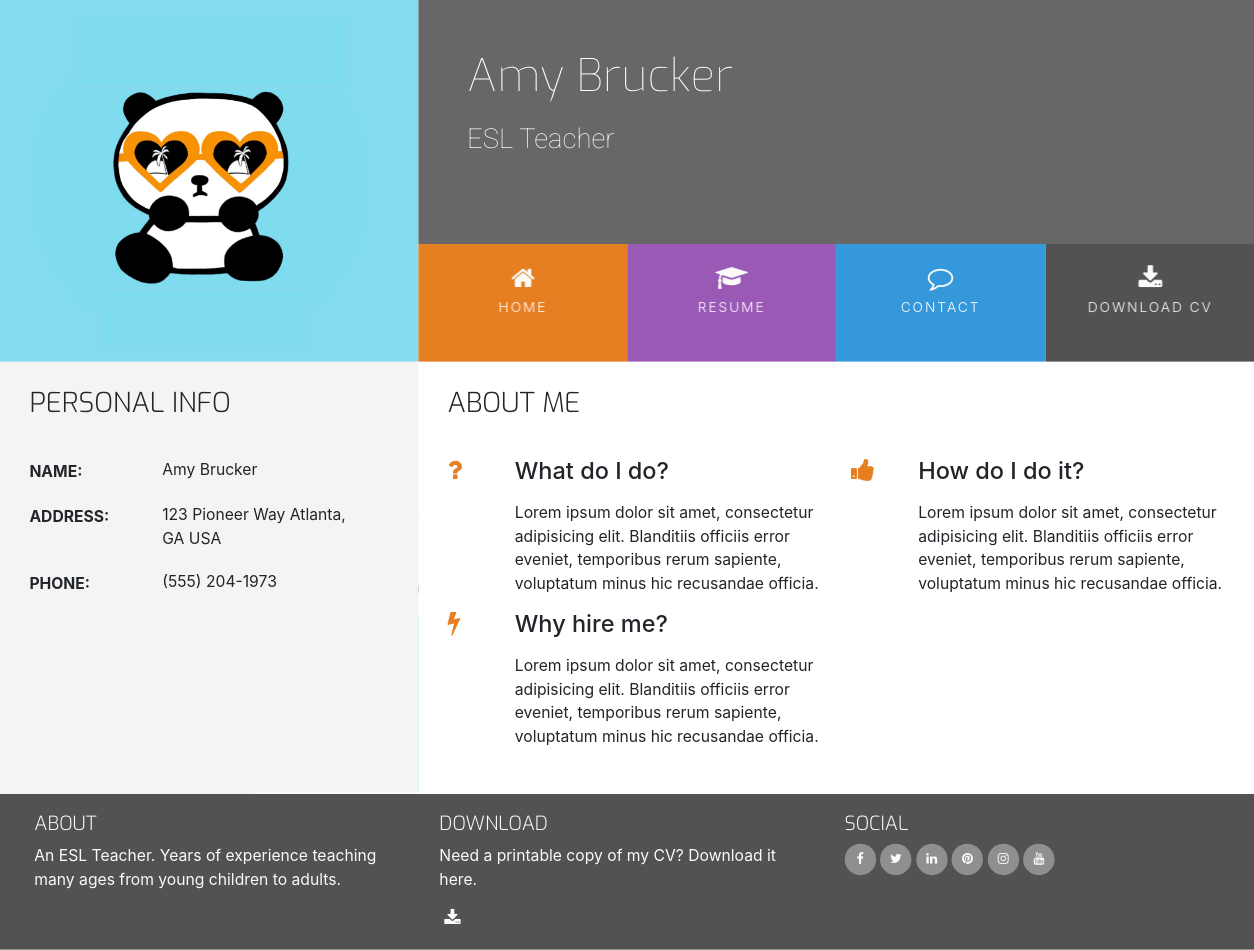
Repository: amybru/resume
Page: index.html
The author's editor kept a record of every edit. The page is drawn from the files as they stood at one moment, then again after the next edit.
The browser window is 1280 px wide. The pictures show the whole page, at 98% of full size.
Some web libraries are served in a nearby version.

Above is the page before.

### index.html
<!DOCTYPE html>
<html lang="en">
<head>
    <meta charset="UTF-8">
    <meta name="viewport" content="width=device-width, initial-scale=1.0">
    <meta http-equiv="X-UA-Compatible" content="ie=edge">
    <link rel="stylesheet" href="https://maxcdn.bootstrapcdn.com/bootstrap/4.2.1/css/bootstrap.min.css" type="text/css" />
    <link rel="stylesheet" href="https://maxcdn.bootstrapcdn.com/font-awesome/4.7.0/css/font-awesome.min.css" type="text/css" />
    <link rel="stylesheet" href="https://cdnjs.cloudflare.com/ajax/libs/hover.css/2.3.1/css/hover-min.css" type="text/css" />
    <link rel="stylesheet" href="assets/css/style.css">
    <title>Amy</title>
</head>
<body>
    <header>
        <div class="row no-gutters">
            <a class="col-md-4 logo" href="index.html"></a>
            <div class="col-md-8">
                <div class="row bg-color-name-title no-gutters">
                    <div class="col heading">
                        <h1 class="name">Amy Brucker</h1>
                        <h2 class="title"> ESL Teacher</h2>
                    </div>
                </div>
                <div class="row no-gutters">
                    <div class="col">
                        <ul id="nav" class="list-inline menucontainer">
                            <li class="col-6 col-sm-3 list-inline-item ui-menu-color-home menuitem">
                                <a href="#" class="hvr-sweep-to-bottom"><i class="fa fa-home" aria-hidden="true"></i><span>Home</span></a>
                            </li>
                            <li class="col-6 col-sm-3 list-inline-item ui-menu-color-resume menuitem">
                                <a href="#" class="hvr-sweep-to-bottom"><i class="fa fa-graduation-cap" aria-hidden="true"></i><span>Resume</span></a>
                            </li>
                            <li class="col-6 col-sm-3 list-inline-item ui-menu-color-contact menuitem">
                                <a href="#" class="hvr-sweep-to-bottom"><i class="fa fa-comment-o" aria-hidden="true"></i><span>Contact</span></a>
                            </li>
                            <li class="col-6 col-sm-3 list-inline-item ui-menu-color-download menuitem">
                                <a href="#" class="hvr-sweep-to-bottom"><i class="fa fa-download" aria-hidden="true"></i><span>Download CV</span></a>
                            </li>
                        </ul>
                    </div>
                </div>
            </div>
        </div>
    </header>


    <section class="container-fluid">
        <div class="row">
            <div class="col-md-4 bg-color-personal-info section-column">
                <div class="row">
                    <div class="col-12">
                        <h3 class="section-heading uppercase">
                            Personal Info
                        </h3>
                    </div>
                </div>
                <div class="personal-info-item">
                    <div class="key">
                        <p class="uppercase">
                            Name:
                        </p>
                    </div>
                    <div class="value">
                        <p>
                            Amy Brucker
                        </p>
                    </div>
                </div>
                <div class="personal-info-item">
                    <div class="key">
                        <p class="uppercase">
                            Address:
                        </p>
                    </div>
                    <div class="value">
                        <p>
                            123 Pioneer Way Atlanta, GA USA
                        </p>
                    </div>
                </div>
                <div class="personal-info-item">
                    <div class="key">
                        <p class="uppercase">
                            Phone:
                        </p>
                    </div>
                    <div class="value">
                        <p>
                        (555) 204-1973
                        </p>
                    </div>
                </div>
            </div>
            <div class="col-md-8 bg-color-three-reasons section-column">
                <div class="row">
                    <div class="col">
                        <h3 class="section-heading uppercase">About Me</h3>
                    </div>
                </div>
                <div class="row">
                    <div class="col-10 offset-1 offset-sm-0 col-sm-4 col-md-6">
                        <div class="row">
                            <div class="col-2">
                                <i class="three-reasons-icon fa fa-question" aria-hidden="true"></i>
                            </div>
                            <div class="col-10">
                                <h4 class="three-reasons-heading">What do I do?</h4>
                                <p>Lorem ipsum dolor sit amet, consectetur adipisicing elit. Blanditiis officiis error eveniet, temporibus rerum sapiente, voluptatum minus hic recusandae officia.</p>
                            </div>
                        </div>
                    </div>
                    <div class="col-10 offset-1 offset-sm-0 col-sm-4 col-md-6">
                        <div class="row">
                            <div class="col-2">
                                <i class="three-reasons-icon fa fa-thumbs-up" aria-hidden="true"></i>
                            </div>
                            <div class="col-10">
                                <h4 class="three-reasons-heading">How do I do it?</h4>
                                <p>Lorem ipsum dolor sit amet, consectetur adipisicing elit. Blanditiis officiis error eveniet, temporibus rerum sapiente, voluptatum minus hic recusandae officia.</p>
                            </div>
                        </div>
                    </div>
                    <div class="col-10 offset-1 offset-sm-0 col-sm-4 col-md-6">
                        <div class="row">
                            <div class="col-2">
                                <i class="three-reasons-icon fa fa-bolt" aria-hidden="true"></i>
                            </div>
                            <div class="col-10">
                                <h4 class="three-reasons-heading">Why hire me?</h4>
                                <p>Lorem ipsum dolor sit amet, consectetur adipisicing elit. Blanditiis officiis error eveniet, temporibus rerum sapiente, voluptatum minus hic recusandae officia.</p>
                            </div>
                        </div>
                    </div>
                </div>
            </div>
        </div>

    </section>


    <footer class="container-fluid">
        <div id="footer-details" class="row">
            <div class="col-sm-4">
                <h5 class="uppercase general-sub">About</h5>
                <p class="inline-block">An ESL Teacher. Years of experience teaching many ages from young children to adults.</p>
            </div>

            <div class="col-sm-4">
                <h5 class="uppercase general-sub">Download</h5>
                <p class="inline-block">Need a printable copy of my CV? Download it here.</p>
                <a href="#" target="_blank" class="cv-pdf">
                    <i class="fa fa-download" aria-hidden="true"></i>
                    <span class="sr-only">Download link</span>
                </a>
            </div>

            <div class="col-sm-4">
                <h5 class="uppercase general-sub">Social</h5>
                <ul class="list-inline social-links">
                    <li class="list-inline-item">
                        <a target="_blank" href="#">
                            <i class="fa fa-facebook" aria-hidden="true"></i>
                            <span class="sr-only"Facebook></span>
                        </a>
                    </li>
                    <li class="list-inline-item">
                        <a target="_blank" href="#">
                            <i class="fa fa-twitter" aria-hidden="true"></i>
                            <span class="sr-only"Twitter></span>
                        </a>
                    </li>
                    <li class="list-inline-item">
                        <a target="_blank" href="#">
                            <i class="fa fa-linkedin" aria-hidden="true"></i>
                            <span class="sr-only">linkedin</span>
                        </a>
                    </li>
                    <li class="list-inline-item">
                        <a target="_blank" href="#">
                            <i class="fa fa-pinterest" aria-hidden="true"></i>
                            <span class="sr-only"Pinterest></span>
                        </a>
                    </li>
                    <li class="list-inline-item">
                        <a target="_blank" href="#">
                            <i class="fa fa-instagram" aria-hidden="true"></i>
                            <span class="sr-only"Instagram></span>
                        </a>
                    </li>
                    <li class="list-inline-item">
                        <a target="_blank" href="#">
                            <i class="fa fa-youtube" aria-hidden="true"></i>
                            <span class="sr-only"Youtube></span>
                        </a>
                    </li>
                </ul>
            </div>
        </div>


    </footer>
</body>
</html>

### assets/css/style.css
@import url('https://fonts.googleapis.com/css?family=Roboto:100,300,400,400i,500,700&display=swap');
@import url('https://fonts.googleapis.com/css?family=Exo:100,200,300,400,400i,500,600,700,800&display=swap');


/*--------------------------------------------Colors*/

.bg-color-name-title {
    background-color: #676767;
}

.bg-color-three-reasons {
    background-color: #fff;
}

.bg-color-personal-info {
    background-color: #f4f4f4;
}

.bg-color-work-history {
    background-color: #9b59b6;
}

.ui-menu-color-home {
    background-color: #e67e22;
}

.ui-menu-color-resume {
    background-color: #9b59b6;
}

.ui-menu-color-contact {
    background-color: #3498db;
}

.ui-menu-color-download {
    background-color: #525252;
}

.row-table {
    display: table;
}

.section-column {
    display: table-cell;
    padding: 0 30px 30px;
    float: none;
}

.section-heading {
    font-family: "Exo", sans-serif;
    font-weight: 300;
    margin-top: 25px;
    margin-bottom: 40px;
}

.bg-color-contact {
    background-color: #ffffff;
}

/* ----------------------------------------Special paddings/margins/text */

h1,
h2,
h3,
h4 {
    margin: 0;
}

.uppercase {
    text-transform: uppercase;
}

.general-sub {
    font-family: "Exo", sans-serif;
    font-weight: 300;
    color: #fafafa;
}

.inline-block {
    display: inline-block;
}

.row-table {
    display: table;
}

.section-column {
    display: table-cell;
    padding: 0 30px 30px;
    float: none;
}

.history-heading,
.section-heading {
    font-family: "Exo", sans-serif;
    font-weight: 300;
    margin-top: 25px;
    margin-bottom: 40px;
}

/*--------------------------------------------Heading*/

header {
    margin: 0;
}

.heading {
    margin-left: 50px;
}

.logo {
    background: url("../images/miamipanda2.jpg");
    background-position: center;
    background-repeat: no-repeat;
    background-size: cover;
    min-height: 360px;
    transition: all .5s ease-in-out;
    -moz-transition: all .5s ease-in-out;
    -webkit-transition: all .5s ease-in-out;
}

.name {
    font-family: "Exo", sans-serif;
    font-weight: 100;
    font-size: 46px;
    margin-top: 50px;
    color: #fff;
}

.title {
    font-family: "Roboto", sans-serif;
    font-weight: 200;
    font-size: 28px;
    margin-top: 20px;
    margin-bottom: 90px;
    color: #fff;
}

.list-inline-item:not(:last-child) {
    margin: 0;
}

.menucontainer {
    font-size: 0;
}

#nav li {
    font-size: 14px;
    padding: 0;
}

#nav {
    margin: 0;
}

.menuitem {
    height: 120px;
    text-align: center;
    padding: 0;
}

.menuitem a {
    width: 100%;
    text-decoration: none;
    color: #fff;
    height: 120px;
}

.menuitem a i {
    padding-top: 22px;
    display: block;
    color: #fafafa;
    font-size: 26px;
}

.menuitem span {
    display: block;
    width: 100%;
    padding-top: 5px;
    text-align: center;
    text-transform: uppercase;
    font-size: 14px;
    font-weight: 300;
    letter-spacing: 2px;
}

/*--------------------------------------------Hover.css*/

.hvr-sweep-to-bottom:before {
    background: rgba(0, 0, 0, 0.2);
    height: 120px;
}

/* ----------------------------------------Footer */

footer {
    background-color: #525252;
    color: #fafafa;
    min-height: 120px;
    margin: 0;
}

.cv-pdf i {
    font-size: 18px;
    color: #fafafa;
    text-align: center;
    padding-left: 5px;
    transition: all 0.35s ease-in-out;
    -moz-transition: all 0.35s ease-in-out;
    -webkit-transition: all 0.35s ease-in-out;
    -o-transition: all 0.35s ease-in-out;
}

.cv-pdf i:hover {
    color: #e84610;
}

.social-links {
    padding-bottom: 15px;
}

.social-links li a i {
    width: 32px;
    height: 32px;
    padding: 12px 0;
    border-radius: 50%;
    font-size: 13px;
    line-height: 7px;
    text-align: center;
    color: #fafafa;
    background: #8f8f8f;
    transition: all 0.35s ease-in-out;
    -moz-transition: all 0.35s ease-in-out;
    -webkit-transition: all 0.35s ease-in-out;
    -o-transition: all 0.35s ease-in-out;
}

.social-links li a i:hover {
    background: #e84610;
}

#footer-details {
    padding: 20px;
}

/* ----------------------------------------Three Reasons */

.three-reasons-icon {
    font-size: 26px;
    color: #e67e22;
}

.three-reasons-heading {
    margin-bottom: 15px;
}

/* ----------------------------------------Personal Info */

.personal-info-item {
    margin-bottom: 20px;
    display: block;
    clear: both;
}

.personal-info-item .key,
.personal-info-item .value {
    padding-right: 8px;
    display: inline-block;
}

.personal-info-item .key p,
.personal-info-item .value p {
    margin: 0;
}

.personal-info-item .key {
    width: 30%;
    margin-right: 21px;
    padding-top: 2px;
    vertical-align: top;
}

.personal-info-item .key p {
    font-weight: 700;
}

.personal-info-item .value {
    position: relative;
    width: 60%;
}

/* ----------------------------------------Skills */

.progress {
    position: relative;
    height: 25px;
    margin-bottom: 4px;
}

.progress-type {
    position: absolute;
    left: 0px;
    font-weight: 400;
    padding: 3px 30px 2px 10px;
    color: #fafafa;
    background-color: rgba(25, 25, 25, 0.2);
}

.progress-section {
    margin: 40px 20px;
}

/* ----------------------------------------Work History */

.history-heading {
    color: #fafafa;
    margin-bottom: 50px;
}

.timeline-item {
    padding: 4em 2em 0em 2em;
    position: relative;
    color: #fafafa;
    border-left: 1px solid;
}

.timeline-item p {
    padding: 0;
    margin: 0;
}

.timeline-item:before {
    content: attr(data-dates);
    position: absolute;
    left: 2.5em;
    top: 3em;
    display: block;
    font-family: "Exo", sans-serif;
    font-weight: 500;
    font-size: 0.8em;
    padding: 0;
    margin: 0;
}

.timeline-item:after {
    width: 12px;
    height: 12px;
    display: block;
    top: 2.4em;
    position: absolute;
    left: -6px;
    border-radius: 12px;
    content: '';
    background: #fafafa;
}

.history-items {
    margin-bottom: 30px;
}


/* ----------------------------------------Contact */

.contact-heading {
    font-family: "Exo", sans-serif;
    font-weight: 300;
    margin-top: 25px;
    margin-bottom: 20px;
}

.center-form {
    padding: 10px;
    margin: 0 auto;
    max-width: 70%;
}

button[type="submit"] {
    margin-top: 15px;
    margin-bottom: 30px;
    color: #fafafa;
    background-color: #e84610;
}


/* ----------------------------------------Media Queries */

@media(min-width: 992px) {
    .center-form {
    padding-top: 30px;
    min-height: 240px;
    margin: 0 auto;
    max-width: 50%;
}
}

After the next edit:
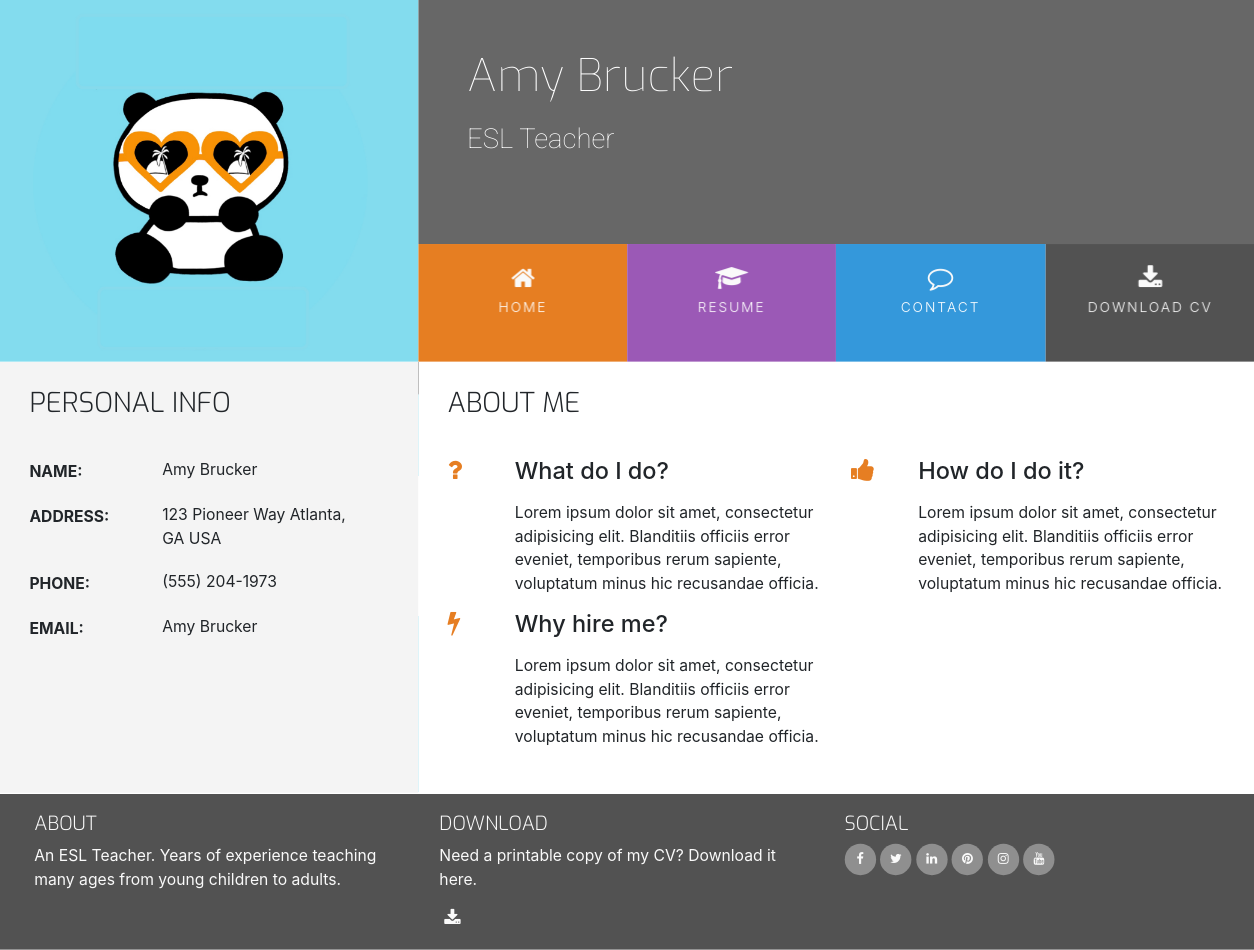
The edit:
--- a/index.html
+++ b/index.html
@@ -90,6 +90,18 @@
                         </p>
                     </div>
                 </div>
+                <div class="personal-info-item">
+                    <div class="key">
+                        <p class="uppercase">
+                            Email:
+                        </p>
+                    </div>
+                    <div class="value">
+                        <p>
+                            Amy Brucker
+                        </p>
+                    </div>
+                </div>
             </div>
             <div class="col-md-8 bg-color-three-reasons section-column">
                 <div class="row">
